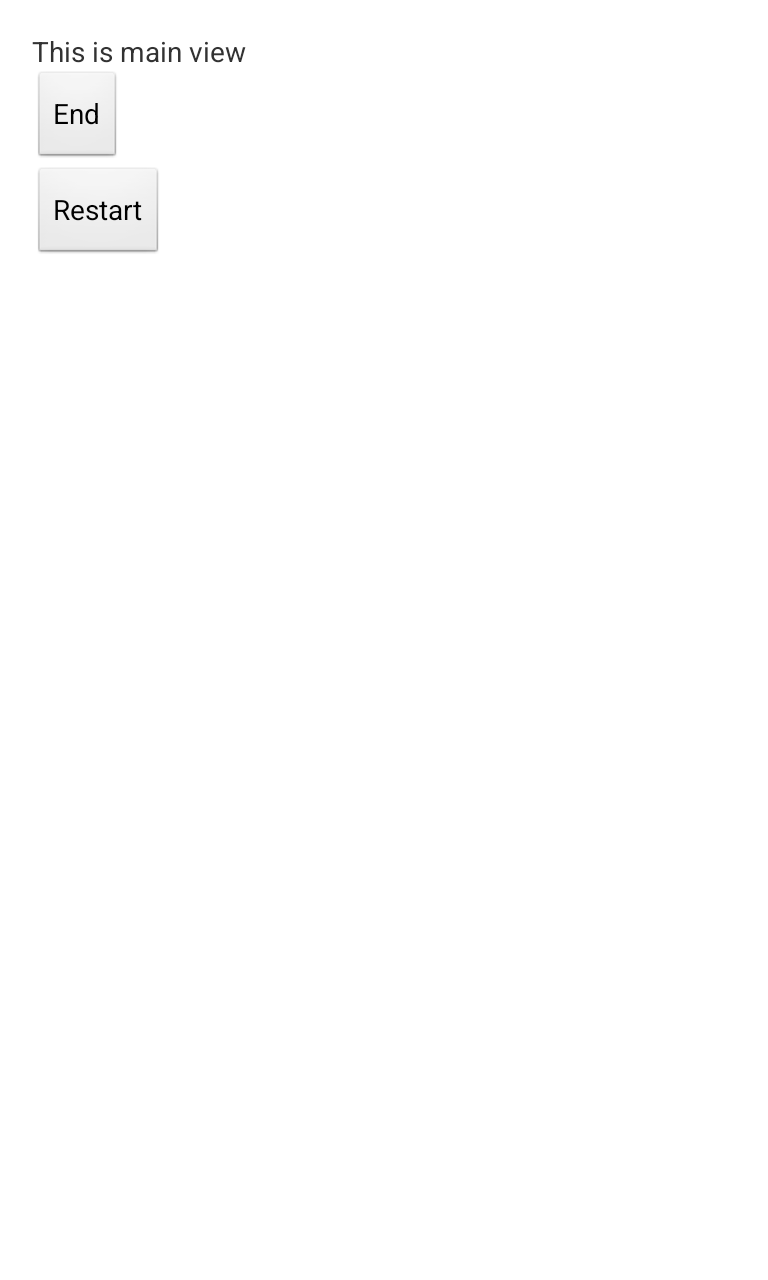
Repository: dogwong/marumaru
Layout: maimai_test/marumaru/res/layout/activity_main.xml
The author's editor kept a copy of each file at every save. The layout is drawn from the files as they stood at one save, then again after the next save.
It is drawn on a 768 x 1280 px phone screen (xhdpi) without system bars, with theme AppTheme; the app's code is not run.

Above is the layout before, as saved 2013-06-07 05:14:54.

After the next save:
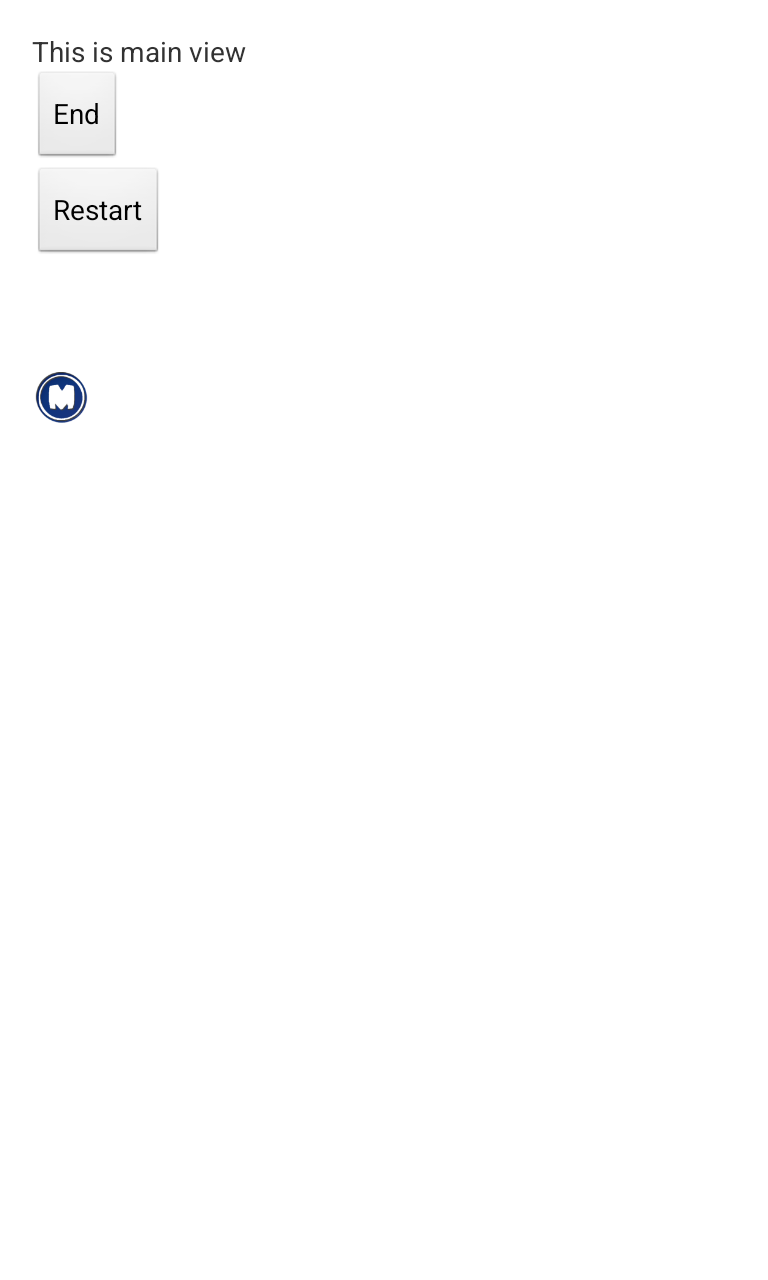
Saved 3 min 9 s later.
--- a/maimai_test/marumaru/res/layout/activity_main.xml
+++ b/maimai_test/marumaru/res/layout/activity_main.xml
@@ -32,4 +32,14 @@
         android:layout_below="@+id/btnEnd"
         android:text="Restart" />
 
+    <ImageView
+        android:id="@+id/imageView1"
+        android:layout_width="wrap_content"
+        android:layout_height="wrap_content"
+        android:layout_alignRight="@+id/btnEnd"
+        android:layout_below="@+id/btnRestart"
+        android:layout_marginRight="16dp"
+        android:layout_marginTop="44dp"
+        android:src="@drawable/ic_launcher" />
+
 </RelativeLayout>

After the save that followed:
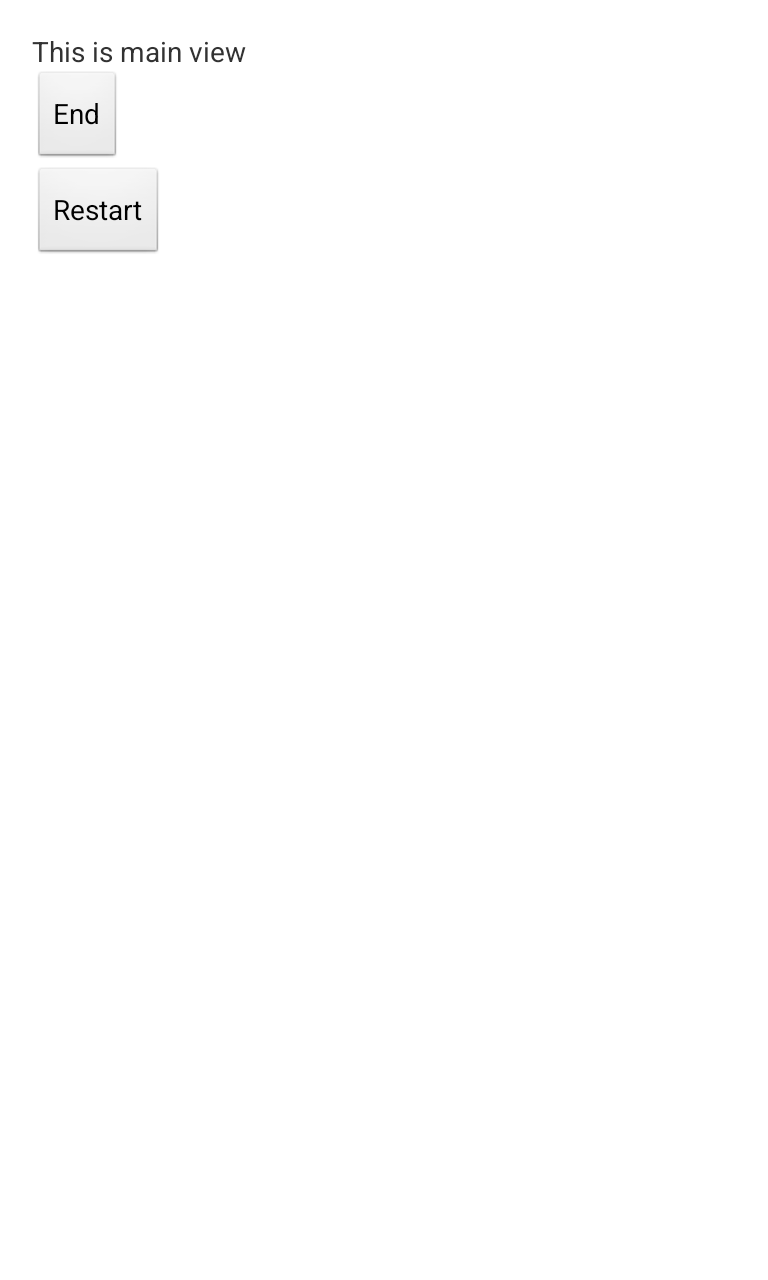
Saved 98 s later.
--- a/maimai_test/marumaru/res/layout/activity_main.xml
+++ b/maimai_test/marumaru/res/layout/activity_main.xml
@@ -32,14 +32,4 @@
         android:layout_below="@+id/btnEnd"
         android:text="Restart" />
 
-    <ImageView
-        android:id="@+id/imageView1"
-        android:layout_width="wrap_content"
-        android:layout_height="wrap_content"
-        android:layout_alignRight="@+id/btnEnd"
-        android:layout_below="@+id/btnRestart"
-        android:layout_marginRight="16dp"
-        android:layout_marginTop="44dp"
-        android:src="@drawable/ic_launcher" />
-
 </RelativeLayout>
